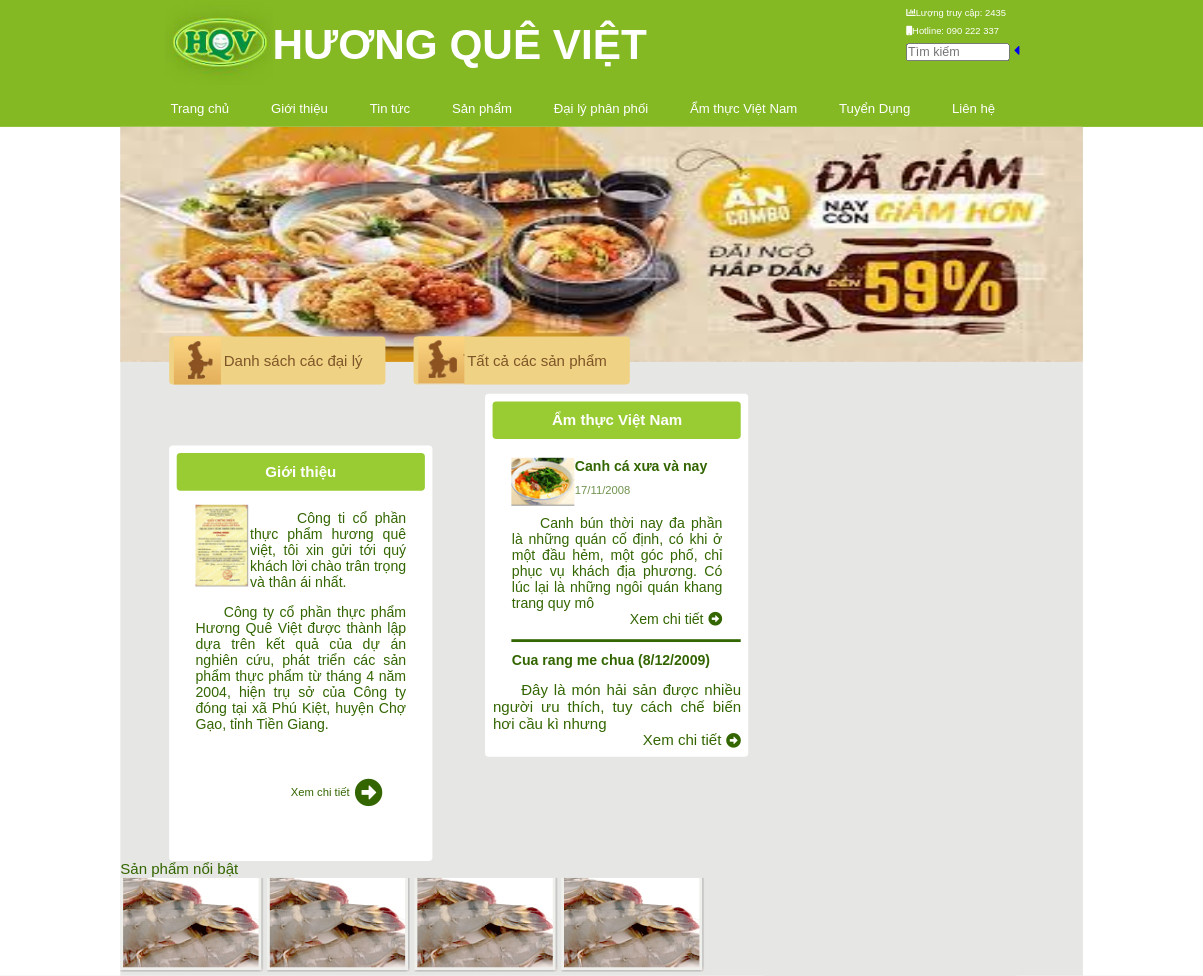
Repository: NgocTruong0701/Self_Learning
Page: html/practice/Baitapweb/index.html
These files come from the project's save history. The page is drawn as it stood at one moment and after a run of saves; the edit follows.
The browser window is 1280 px wide. The pictures show the whole page, at 94% of full size.

Above is the page before, as saved 2021-10-06 21:56:12.

After the next 3 saves:
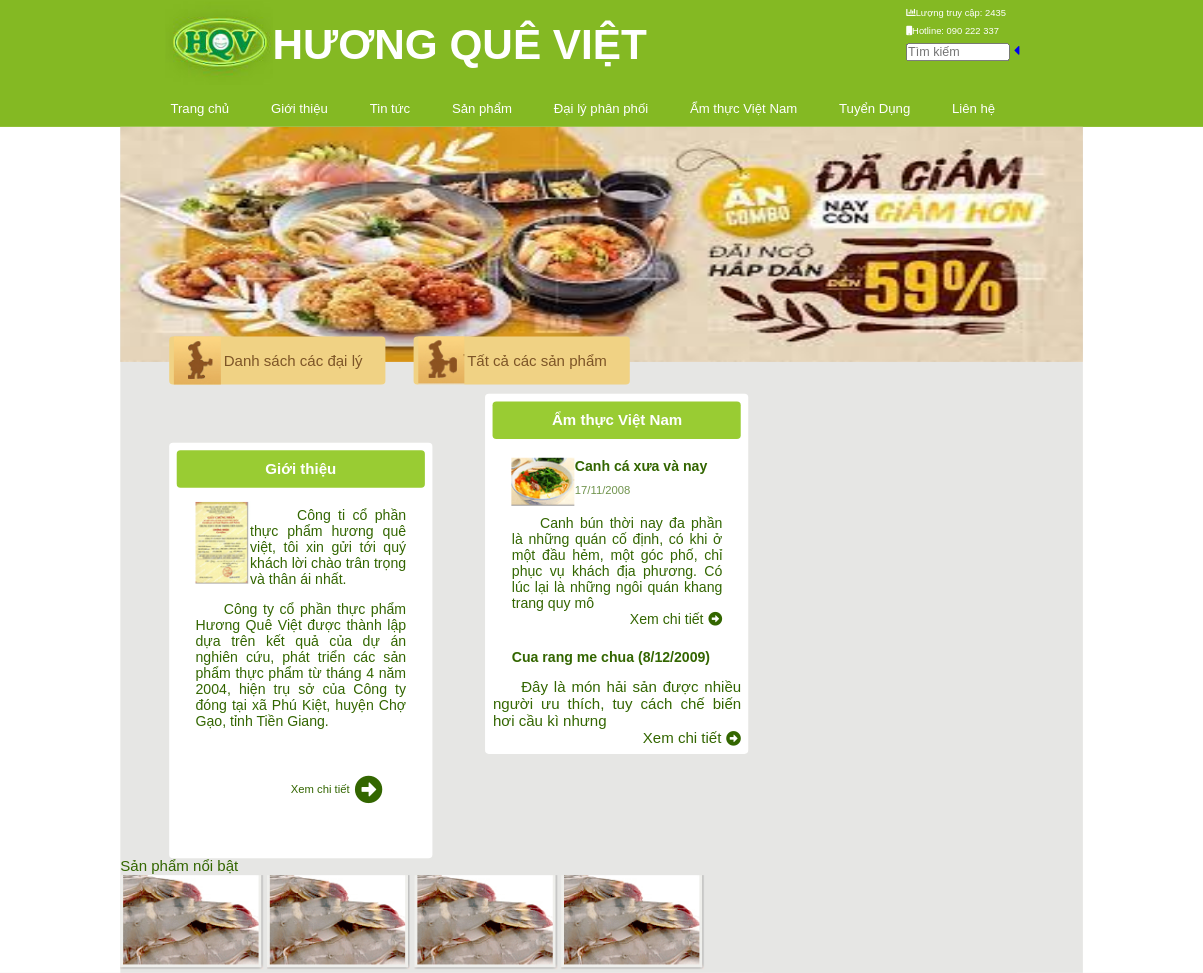
The 3 saves are shown as one change because they came seconds apart.
The last was saved 7 s later.
--- a/html/practice/Baitapweb/assets/css/styles.css
+++ b/html/practice/Baitapweb/assets/css/styles.css
@@ -240,7 +240,7 @@ header .box-right{
 
 .heading-up-review{
     font-size:15px;
-    border-top: solid;
+    border-top-s: ;
     margin-top: 30px;
     font-weight: 600;
     margin-left: 20px;

After the 3 saves that followed:
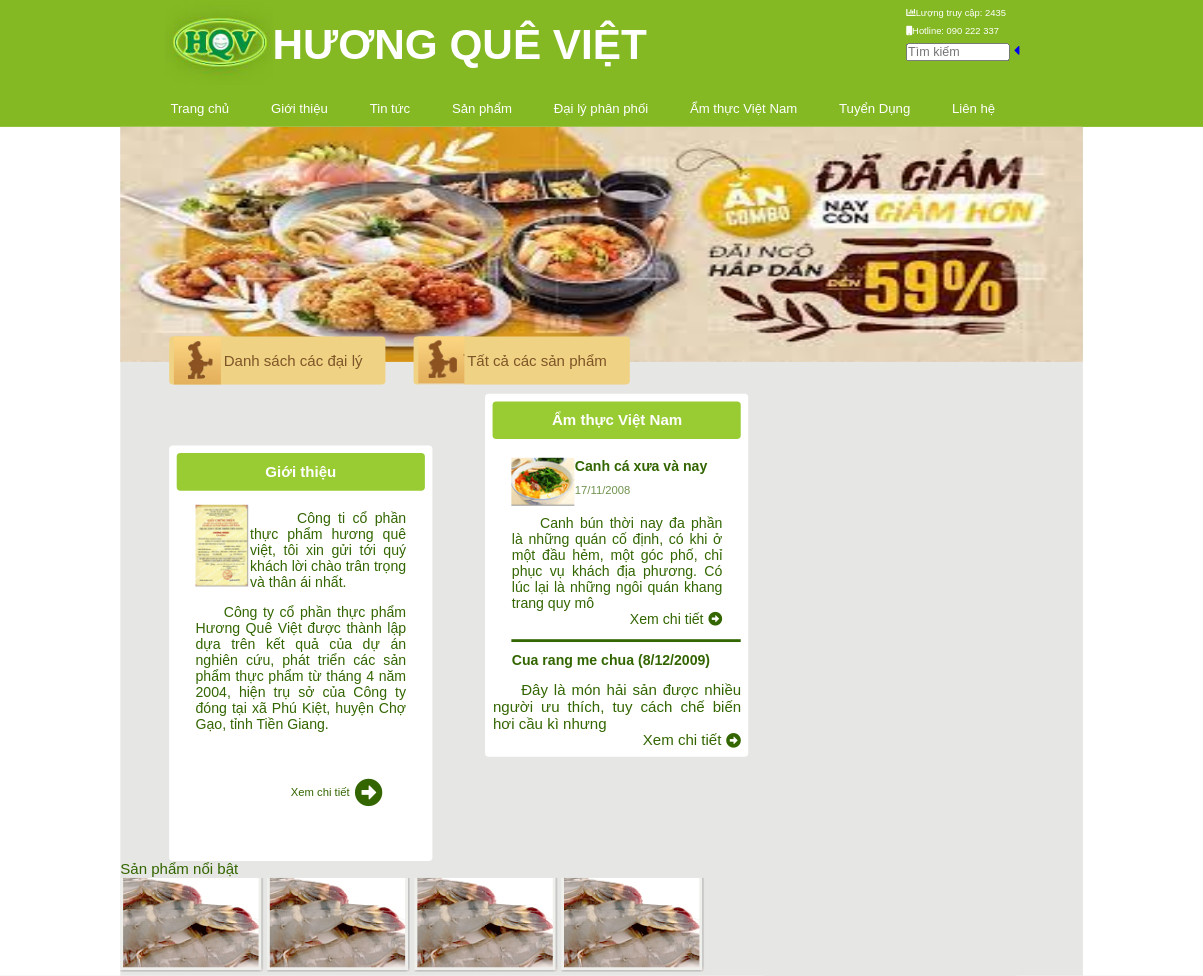
The 3 saves are shown as one change because 2 left the picture as it was.
The last was saved 22 s later.
--- a/html/practice/Baitapweb/assets/css/styles.css
+++ b/html/practice/Baitapweb/assets/css/styles.css
@@ -240,7 +240,7 @@ header .box-right{
 
 .heading-up-review{
     font-size:15px;
-    border-top-s: ;
+    border-top-style:solid ;
     margin-top: 30px;
     font-weight: 600;
     margin-left: 20px;
